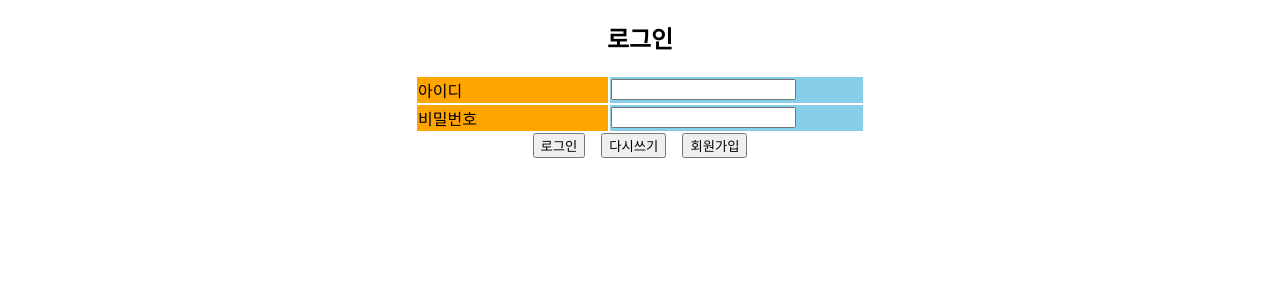
Repository: ReadStar/Jsp_MVC
Page: http://localhost/MVC_Board/member/login_form.jsp
The author's editor kept a copy of each file at every save. The page is drawn from the files as they stood at one save, then again after the next save.
The browser window is 1280 px wide. The pictures show the whole page.
The page is served by Tomcat 9.

Above is the page before, as saved 2020-11-23 07:05:11.

After the next save:
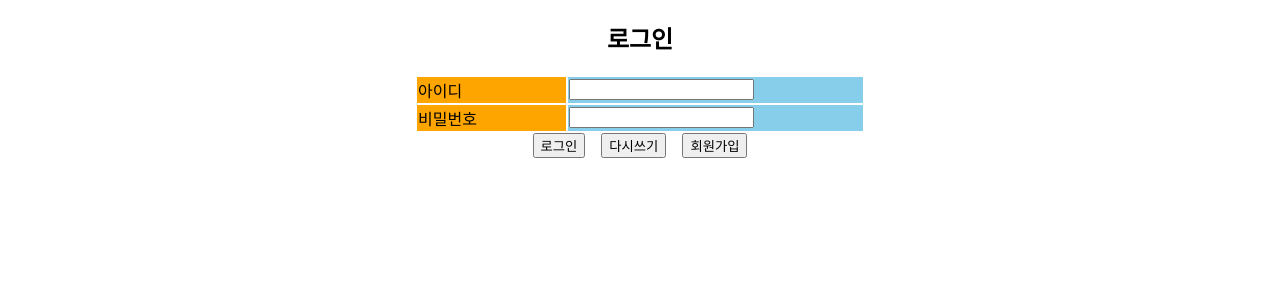
Saved 10 s later.
--- a/MVC_Board/WebContent/member/login_form.jsp
+++ b/MVC_Board/WebContent/member/login_form.jsp
@@ -23,7 +23,7 @@ table{
 }
 
 .td_left{
-	width: 150px;
+	width: 100px;
 	background: orange;
 }
 
